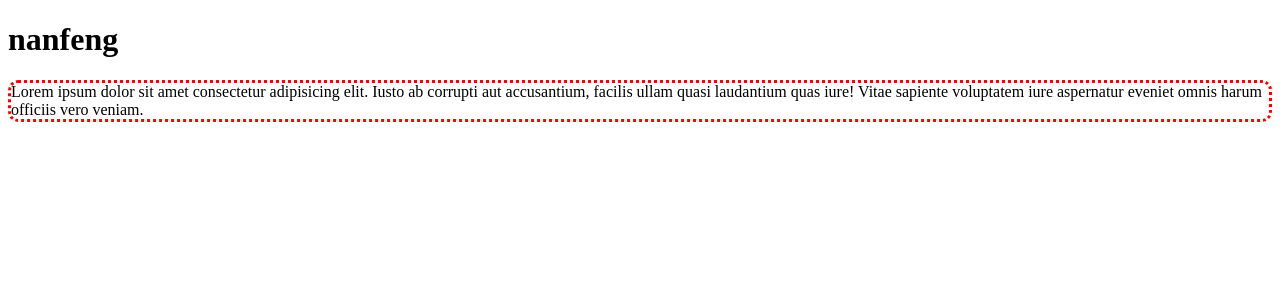
Repository: nanfengovo/CSS
Page: border.html
An editor plug-in stored every save of this project. The page is shown before and after the next save, followed by the edit.
The browser window is 1280 px wide. The pictures show the whole page.

Above is the page before, as saved 2024-12-31 23:19:23.

### border.html
<!DOCTYPE html>
<html lang="en">
<head>
    <meta charset="UTF-8">
    <meta name="viewport" content="width=device-width, initial-scale=1.0">
    <title>边框 border</title>
    <style>
        p{
            border-style: dotted;/*边框样式 solid :实线* ,dotted 虚线/
            border-width: 5px;/*边框宽度*/
            border-color: red;/*边框颜色*/
            border-radius: 10px;/*边框圆角*/
        }
    </style>
</head>
<body>
    <h1>nanfeng</h1>
    <p>Lorem ipsum dolor sit amet consectetur adipisicing elit. Iusto ab corrupti aut accusantium, facilis ullam quasi laudantium quas iure! Vitae sapiente voluptatem iure aspernatur eveniet omnis harum officiis vero veniam.</p>
</body>
</html>

After the next save:
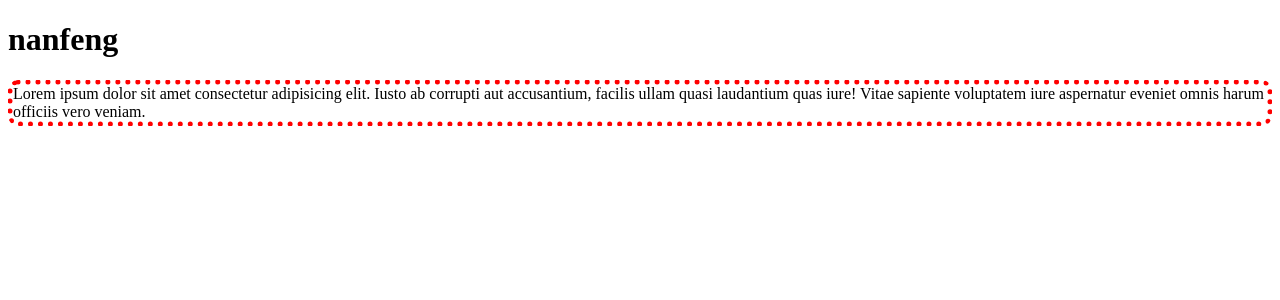
Saved 90 s later.
--- a/border.html
+++ b/border.html
@@ -6,7 +6,7 @@
     <title>边框 border</title>
     <style>
         p{
-            border-style: dotted;/*边框样式 solid :实线* ,dotted 虚线/
+            border-style: dotted;/*边框样式 solid :实线* ,dotted 虚线*/
             border-width: 5px;/*边框宽度*/
             border-color: red;/*边框颜色*/
             border-radius: 10px;/*边框圆角*/
